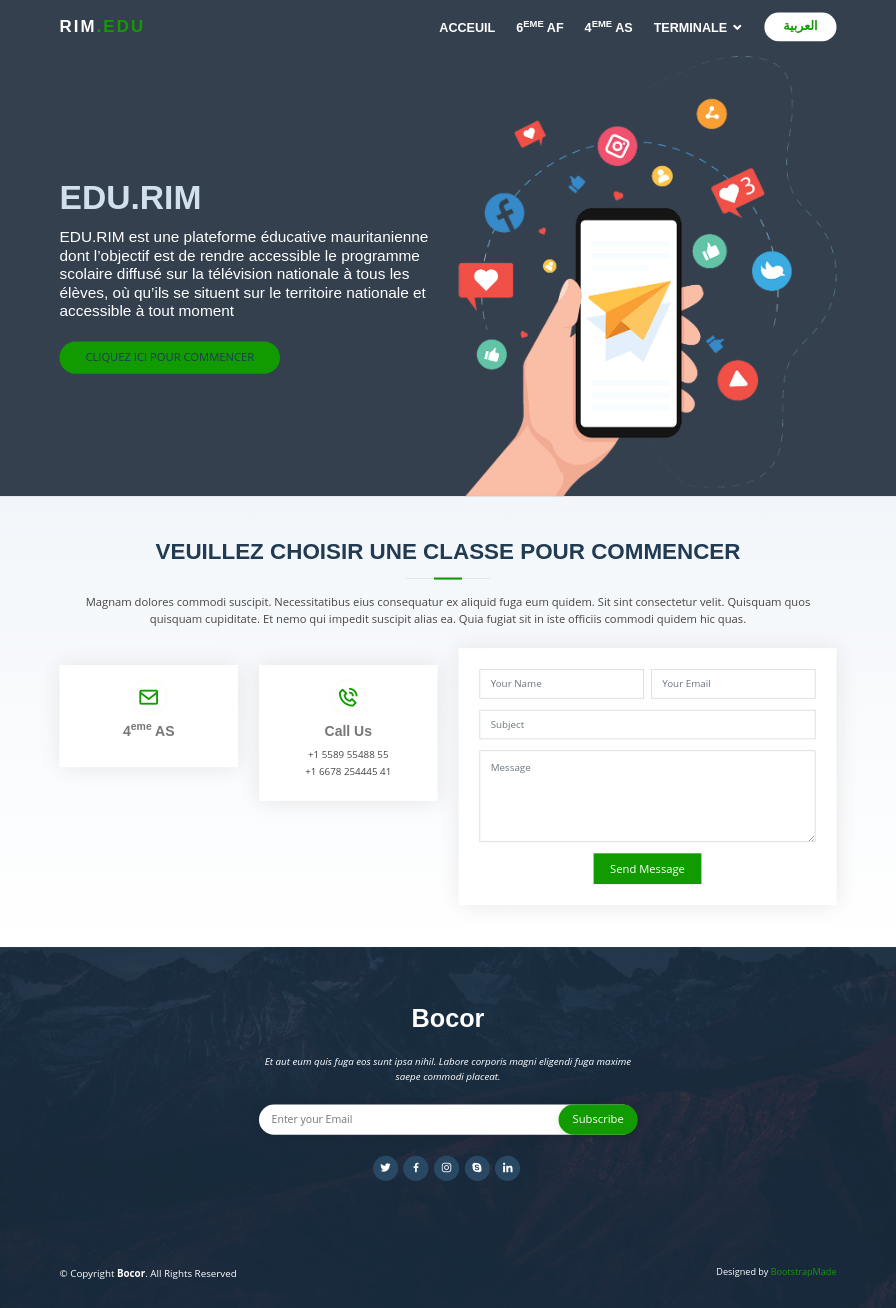
Repository: athiemohamed/courat
Page: http://localhost/
These files come from the project's save history. The page is drawn as it stood at one moment and after the next save; the edit follows.
The browser window is 1280 px wide. The pictures show the whole page, at 70% of full size.
Some web fonts or font styles are not loaded; a fallback is used. The page is run by PHP 8.4 with error messages shown; the project is at /var/www/html/.

Above is the page before, as saved 2020-03-26 12:04:11.

After the next save:
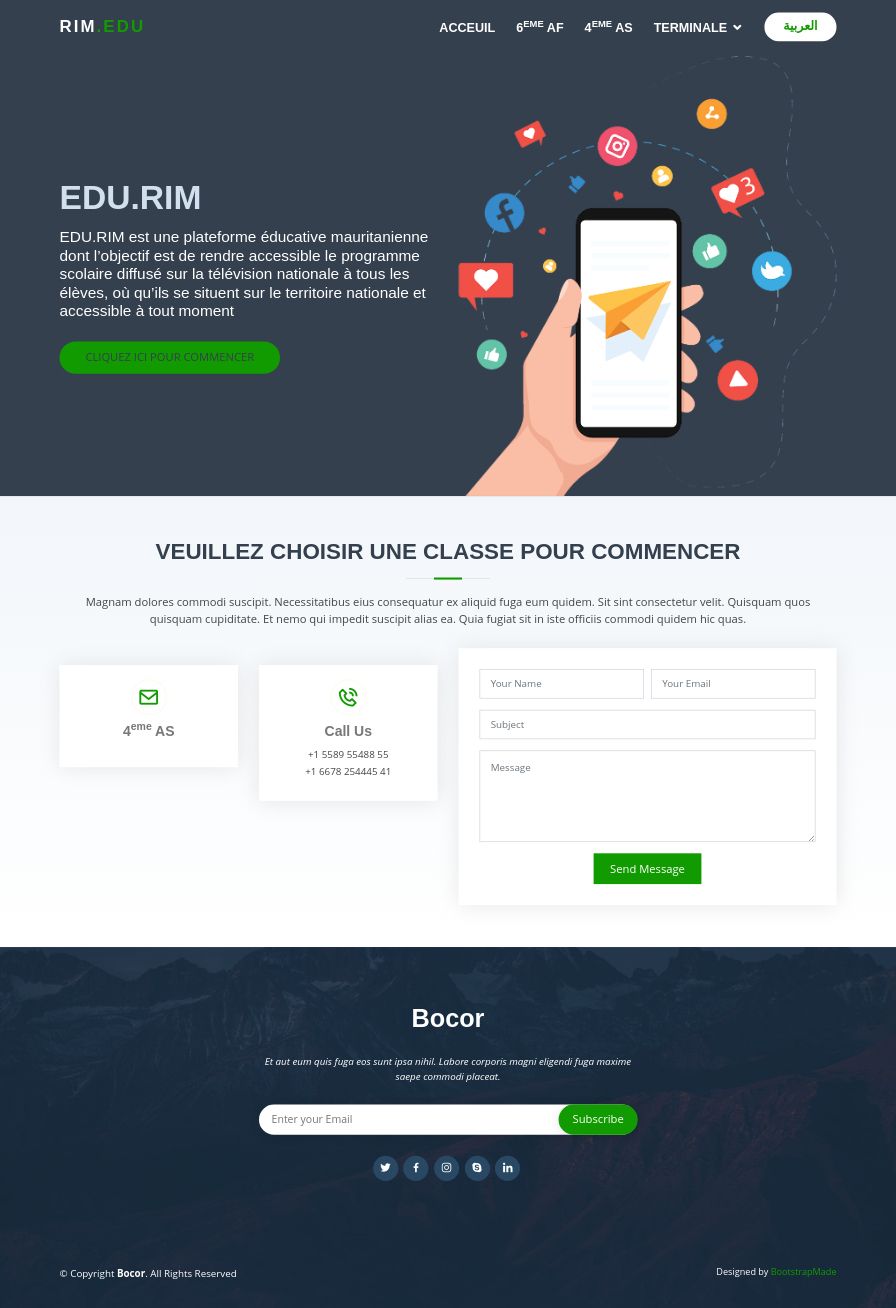
Saved 16 s later.
--- a/assets/css/style.css
+++ b/assets/css/style.css
@@ -319,7 +319,7 @@ h1, h2, h3, h4, h5, h6 {
 
 .mobile-nav .get-started a:hover {
   background: #fff;
-  color: #213b52;
+  color: #35404f;
 }
 
 .mobile-nav-overly {
@@ -374,7 +374,7 @@ h1, h2, h3, h4, h5, h6 {
 }
 
 #hero .btn-get-started {
-  color: #213b52;
+  color: #35404f;
   border-radius: 50px;
   padding: 8px 35px 10px 35px;
   border: 2px solid #129b00;
@@ -447,7 +447,7 @@ section {
   padding-bottom: 20px;
   position: relative;
   font-family: "Poppins", sans-serif;
-  color: #213b52;
+  color: #35404f;
 }
 
 .section-title h2::before {
@@ -513,7 +513,7 @@ section {
 .about .content h3 {
   font-weight: 700;
   font-size: 34px;
-  color: #213b52;
+  color: #35404f;
 }
 
 .about .content p {
@@ -528,11 +528,11 @@ section {
   font-size: 20px;
   font-weight: 700;
   margin: 5px 0 10px 60px;
-  color: #213b52;
+  color: #35404f;
 }
 
 .about .content .icon-box h4 a {
-  color: #213b52;
+  color: #35404f;
   transition: 0.3s;
 }
 
@@ -609,7 +609,7 @@ section {
 }
 
 .services .card-title a {
-  color: #213b52;
+  color: #35404f;
   transition: 0.3s;
 }
 
@@ -651,7 +651,7 @@ section {
 .features .content h3 {
   font-weight: 700;
   font-size: 26px;
-  color: #213b52;
+  color: #35404f;
 }
 
 .features .content ul {
@@ -817,7 +817,7 @@ section {
   font-weight: 700;
   margin-bottom: 2px;
   font-size: 18px;
-  color: #213b52;
+  color: #35404f;
 }
 
 .team .member span {
@@ -926,7 +926,7 @@ section {
 }
 
 .pricing .get-started-btn {
-  background: #213b52;
+  background: #35404f;
   display: inline-block;
   padding: 6px 30px;
   border-radius: 20px;
